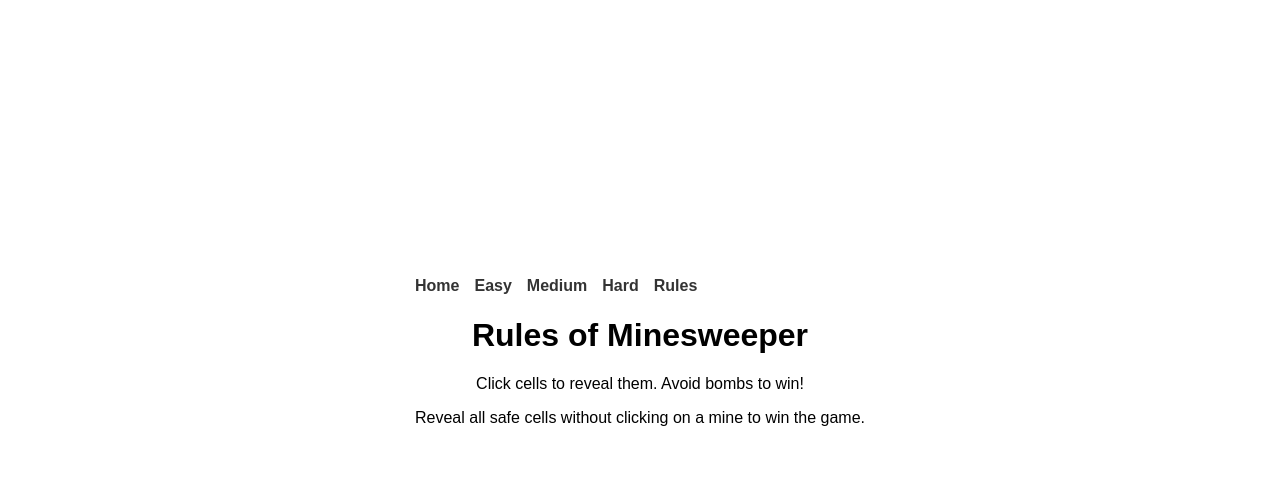
Repository: liwingy/-WingYee-_-Li-project2
Page: /rules (app in minesweeper/)
The author's editor kept a copy of each file at every save. The page is drawn from the files as they stood at one save, then again after the next save.
The browser window is 1280 px wide. The pictures show the whole page.
The project was rebuilt for these pictures with package versions that can differ from the ones it lists, and the page was loaded fresh each time. Also part of the build but not shown: minesweeper/src/views/Homepage.js, minesweeper/src/components/Cell.js, minesweeper/src/views/Game.js.

Above is the page before, as saved 2024-11-11 13:22:46.

### minesweeper/src/App.js
import './styles.css';
import { BrowserRouter as Router, Routes, Route, Link } from 'react-router-dom';
import Homepage from './views/Homepage';
import Game from './views/Game';
import Rules from './views/Rules';

function App() {
  return (
    <Router>
      <nav>
        <Link to="/">Home</Link>
        <Link to="/game/easy">Easy</Link>
        <Link to="/game/medium">Medium</Link>
        <Link to="/game/hard">Hard</Link>
        <Link to="/rules">Rules</Link>
      </nav>
      <Routes>
        <Route path="/" element={<Homepage />} />
        <Route path="/game/:difficulty" element={<Game />} />
        <Route path="/rules" element={<Rules />} />
      </Routes>
    </Router>
  );
}

export default App;

### minesweeper/src/styles.css
/* Center the entire app content */
body, html {
  display: flex;
  justify-content: center;
  align-items: center;
  height: 100vh;
  margin: 0;
  font-family: Arial, sans-serif;
  text-align: center;
}

/* Center the navbar and content within the main container */
.main-container {
  display: flex;
  flex-direction: column;
  align-items: center;
  width: 100%;
  max-width: 600px;
}

/* Style for the navbar links */
nav {
  display: flex;
  gap: 15px;
  margin-bottom: 20px;
}

nav a {
  text-decoration: none;
  color: #333;
  font-weight: bold;
}

nav a:hover {
  color: #555;
}

### minesweeper/src/views/Rules.js
import React from 'react';

function Rules() {
  return (
    <div>
      <h1>Rules of Minesweeper</h1>
      <p>Click cells to reveal them. Avoid bombs to win!</p>
      <p>Reveal all safe cells without clicking on a mine to win the game.</p>
    </div>
  );
}

export default Rules;

Loaded but not shown: minesweeper/public/index.html (common file); minesweeper/src/index.js (common file)

After the next save:
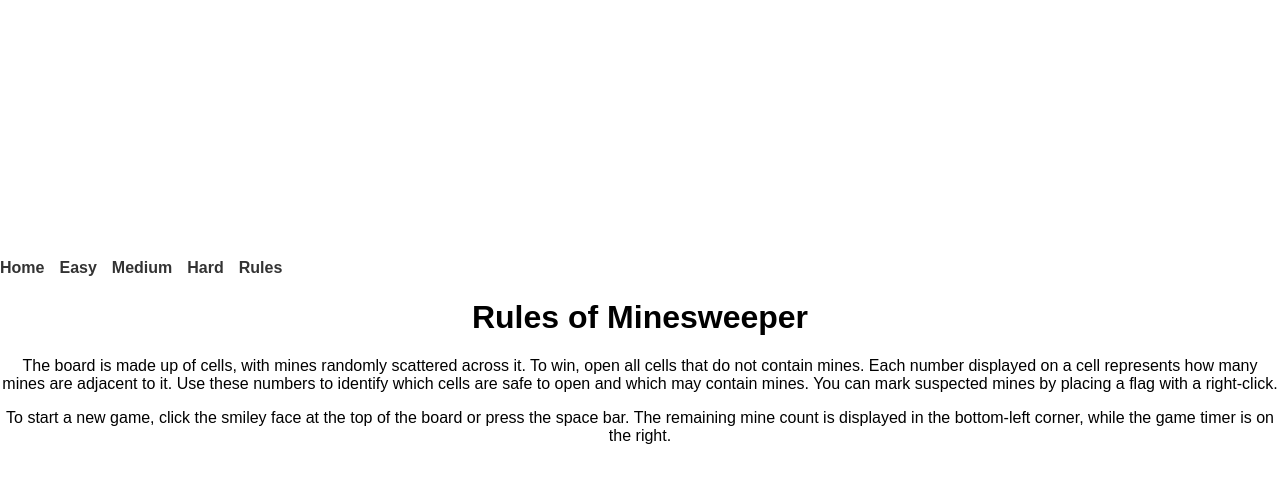
Saved 11 min 33 s later.
--- a/minesweeper/src/views/Rules.js
+++ b/minesweeper/src/views/Rules.js
@@ -4,8 +4,8 @@ function Rules() {
   return (
     <div>
       <h1>Rules of Minesweeper</h1>
-      <p>Click cells to reveal them. Avoid bombs to win!</p>
-      <p>Reveal all safe cells without clicking on a mine to win the game.</p>
+      <p>The board is made up of cells, with mines randomly scattered across it. To win, open all cells that do not contain mines. Each number displayed on a cell represents how many mines are adjacent to it. Use these numbers to identify which cells are safe to open and which may contain mines. You can mark suspected mines by placing a flag with a right-click.</p>
+      <p>To start a new game, click the smiley face at the top of the board or press the space bar. The remaining mine count is displayed in the bottom-left corner, while the game timer is on the right.</p>
     </div>
   );
 }
